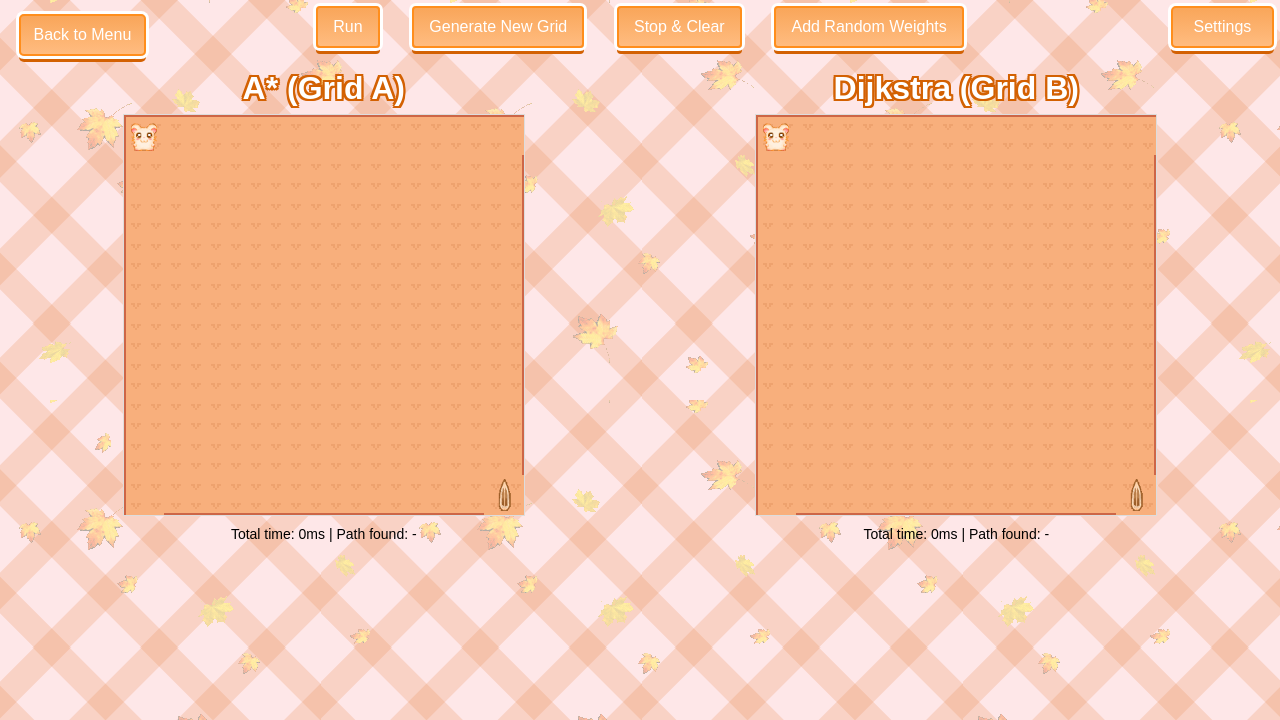
Repository: ramosfranz/Hamster-Crossing
Page: src/game.html
These files come from the project's save history. The page is drawn as it stood at one moment and after the next save; the edit follows.
The browser window is 1280 px wide. The pictures show the whole page.
Some web fonts or font styles are not loaded; a fallback is used.

Above is the page before, as saved 2025-05-14 20:43:16.

### src/game.html
<!DOCTYPE html>
<html lang="en">
<head>
    <meta charset="UTF-8">
    <meta name="viewport" content="width=device-width, initial-scale=1.0">
    <link rel="preconnect" href="https://fonts.googleapis.com">
    <link rel="preconnect" href="https://fonts.gstatic.com" crossorigin>
    <link href="https://fonts.googleapis.com/css2?family=Jersey+10+Charted&family=Jersey+20&family=Jersey+25+Charted&display=swap" rel="stylesheet">
    <title>Hamster Crossing</title>
    <link rel="icon" type="image/x-icon" href="assets/images/favicon.ico">
    <link rel="stylesheet" href="styles/gameStyle.css">
</head>
<body>
    <div class="header-buttons">
        <a class="pixelButton" id="backButton" href="hamsterMenu.html">Back to Menu</a>
        <button class="pixelButton" id="settingsButton">Settings</button>
    </div>

    <!-- Settings Popup -->
    <div id="settingsPopup" class="popup">
        <div class="popup-content">
            <span class="close-popup">&times;</span>
            <h3>Settings</h3>

            <div class="setting-item">
                <label>Number of Grids: <span class="grid-count-value">2</span></label>
                <div class="grid-count-container">
                    <input type="range" id="gridCount" min="1" max="5" value="2" class="theme-slider">
                </div>
            </div>

            <div id="gridSettings">
                <!-- Grid settings will be added here dynamically -->
            </div>

            <button class="pixelButton" id="applySettings">Apply Settings</button>
        </div>
    </div>
    <div id="controls">
        <button class="pixelButton" id="runButton">Run</button>
        <button class="pixelButton" id="generateButton">Generate New Grid</button>
        <button class="pixelButton" id="clearButton">Stop & Clear</button>
        <button class="pixelButton" id="addWeightsButton">Add Random Weights</button>
    </div>

    <button id="stopButton">Stop and Clear Searching</button>

    <div id="grids-container">
        <!-- Grids will be added here dynamically -->
    </div>

    <script type="module" src="js/app.js"></script>
</body>
</html>

### src/styles/gameStyle.css
:root {
    --outline: #ff8e1c;
    --shadow: #d36102;
    --gradient: linear-gradient(to bottom, #f9a65a, #ffbc80);
    --hover-gradient: linear-gradient(to bottom, #ffa9b8, #ff605f);
    --hover-outline:#ff1a14;
    --button-bg: var(--gradient);
    --button-hover-bg: var(--hover-gradient);
    --box-shadow: 0 0 0 3px white, 0 6px var(--shadow);
    --btn-radius: 4px;
    --font-family: "Jersey 20", sans-serif;
    --text-color: white;
}

html, body {
    font-family: "Jersey 20", sans-serif;
    margin: 0;
    padding: 0;
    height: 100%;
    scroll-behavior: smooth;
    background-image:  url(../assets/images/backgrounds/bg_hamu.png);
    background-size: auto, auto, 20%;
    background-repeat: auto, auto, space;
    image-rendering: pixelated;
}


.pixelButton {
    /* Remove fixed width and adjust padding */
    display: inline-block;  /* Changed from default button display */
    font-size: 1rem;
    color: var(--text-color);
    border-radius: var(--btn-radius);
    border: 2px solid var(--outline);
    background: var(--button-bg);
    box-shadow: var(--box-shadow);
    cursor: pointer;
    text-align: center;
    font-family: var(--font-family);
    white-space: nowrap;   /* Prevents text from wrapping */
    transition: transform 0.1s ease, box-shadow 0.1s ease;
    image-rendering: pixelated;
    margin: 0.5%;
    /* Remove width: 100% */
}

.pixelButton:hover {
    background: linear-gradient(to bottom, #ffa9b8, #ff605f);
    border-color: #ff1a14;
}

.pixelButton:active {
    transform: translateY(4px);
    box-shadow: 0 0 #000;
}

h3 {
   margin: 0 auto;
    padding-bottom: 1.9%;
    font-size: 2rem;
    text-align: center;
    text-shadow:
        -2px -2px 0 var(--shadow),
        2px -2px 0 var(--shadow),
        -2px 2px 0 var(--shadow),
        2px 2px 0 var(--shadow),
        0px -2px 0 var(--shadow),
        0px 2px 0 var(--shadow),
        -2px 0px 0 var(--shadow),
        2px 0px 0 var(--shadow);
    color: white;
}

#controls {
    display: flex;
    justify-content: center;
    gap: 20px;
    flex-wrap: wrap;
}
#grids-container {
    display: flex;
    flex-wrap: wrap;
    justify-content: center;
    gap: 20px;
}
.canvas-container {
    display: flex;
    flex-direction: column;
    align-items: center;
    position: relative;
}
.timer {
    margin-top: 10px;
    font-size: 14px;
    text-align: center;
}
#warning {
    color: red;
    font-weight: bold;
    margin: 10px 0;
    text-align: center;
}
#stopButton {
    display: none;
    padding: 10px;
    background-color: red;
    color: white;
    border: none;
    cursor: pointer;
    border-radius: 5px;
    margin: 0 auto;
}
#backButton {
    width: 8%;
    position: fixed;
    left: 1%;
    top: 1%;
    padding: 10px;
    cursor: pointer;
    text-decoration: none;
    font-size: 16px;
    border-radius: 5px;
}

#settingsButton {
    position: fixed;
    width: 8%;
    right: -0%;
    padding: 10px;
    border-radius: 5px;
    cursor: pointer;
    font-size: 16px;
}

button {
    padding: 10px 15px;
    background-color: #4CAF50;
    color: white;
    border: none;
    border-radius: 4px;
    cursor: pointer;
    font-size: 16px;
}
button:hover {
    background-color: #45a049;
}
button:disabled {
    background-color: #cccccc;
    cursor: not-allowed;
}
.weight {
    position: absolute;
    font-size: 10px;
    font-weight: bold;
    color: black;
    pointer-events: none;
}

.header-buttons {
    display: flex;
    justify-content: space-between;
}


.popup {
    display: none;
    position: fixed;
    top: 0;
    left: 0;
    width: 100%;
    height: 100%;
    background-color: rgba(0,0,0,0.5);
    z-index: 1000;
}

.popup-content {
    background-color:#fff9e6;
    border: 4px solid var(--outline);
    border-radius: 10px;
    margin: 10% auto;
    padding: 20px;
    width: 50%;
    max-width: 500px;
    border-radius: 8px;
    position: relative;
}

.close-popup {
    position: absolute;
    top: 10px;
    right: 20px;
    font-size: 24px;
    cursor: pointer;
}

.setting-item {
    margin: 15px 0;
}

#volumeSlider {
    width: 95%;
}

.theme-slider {
  -webkit-appearance: none;
  width: 100%;
  height: 8px;
  background: rgba(255, 255, 255, 0.2);
  border-radius: 4px;
  outline: none;
  margin: 10px 0;
}

.theme-slider::-webkit-slider-thumb {
  -webkit-appearance: none;
  width: 20px;
  height: 20px;
  background: var(--outline);
  border-radius: 50%;
  cursor: pointer;
  border: 2px solid white;
  transition: all 0.2s ease;
}

.theme-slider::-webkit-slider-thumb:hover {
  transform: scale(1.1);
  box-shadow: 0 0 5px var(--hover-outline);
}

.theme-slider::-webkit-slider-runnable-track {
  background: var(--gradient);
  border-radius: 4px;
}

/* Firefox support */
.theme-slider::-moz-range-thumb {
  background: var(--outline);
  border-radius: 50%;
  cursor: pointer;
  border: 2px solid white;
}

.theme-slider::-moz-range-track {
  height: 8px;
  background: rgba(255, 255, 255, 0.2);
  border-radius: 4px;
}

.theme-slider::-moz-range-progress {
  height: 8px;
  background: var(--gradient);
  border-radius: 4px;
}

.setting-item label {
    display: block;
    margin-bottom: 5px;
    font-weight: bold;
}

.setting-item input[type="range"],
.setting-item select,
.setting-item input[type="number"] {
    width: 100%;
    padding: 8px;
    border: 1px solid #ddd;
    border-radius: 4px;
}

#applySettings {
    margin-top: 20px;
    padding: 10px 15px;
    background-color: #4CAF50;
    color: white;
    border: none;
    border-radius: 4px;
    cursor: pointer;
    width: 100%;
}

#applySettings:hover {
    background-color: #45a049;
}

.grid-algorithm-select {
    margin-top: 10px;
}


.popup-content {
    width: 90%;
    max-width: 400px;
    margin: 5% auto;
    padding: 15px;
}

label {
    color: var(--outline);
    size: 2rem;
}

#gridCount {
    width: 100%;
    margin-top: 5px;
}

.grid-count-container {
    display: flex;
    align-items: center;
    gap: 10px;
}

.grid-count-value {
    font-weight: bold;
}

#grids-container {
    display: grid;
    grid-template-columns: repeat(auto-fit, minmax(200px, 1fr));
    gap: 15px;
    padding: 15px;
    width: 100%;
    box-sizing: border-box;
    justify-content: center;
}

/* Grid selection layout */
.grid-selection-row {
    display: flex;
    gap: 15px;
    margin-bottom: 15px;
}

.grid-selection-item {
    flex: 1;
    min-width: 120px;
}

.grid-selection-item.disabled {
    opacity: 0.6;
    pointer-events: none;
}

.grid-selection-item label {
    display: block;
    margin-bottom: 5px;
}

.grid-selection-item select {
    width: 100%;
    padding: 6px;
    border: 1px solid #ddd;
    border-radius: 4px;
    background: white;
}

.grid-selection-item.disabled select {
    background: #f5f5f5;
}

.canvas-container {
    position: relative;
    width: 100%;
    max-width: 400px;
    margin: 0 auto;
}


.canvas-container canvas {
    width: 100%;
    height: auto;
    aspect-ratio: 1;
    border: 1px solid #ddd;
}

@media (max-width: 600px) {
    #grids-container {
        grid-template-columns: 1fr;
    }

    .popup-content {
        width: 90%;
        margin: 20px auto;
    }
}

@media (min-width: 601px) and (max-width: 1200px) {
    #grids-container {
        grid-template-columns: repeat(auto-fit, minmax(250px, 1fr));
    }
}

### src/js/app.js
import { initializeGrid } from './manager/gridManager.js';
import { setupEventListeners, renderGrids } from './manager/domManager.js';
import { setupSettingsEventListeners } from './popup/settingsPopUp.js';
import { drawGrid, initializeVisualizer } from './animation/visualizer.js';
import { loadSeedImages, startSeedAnimation } from './animation/seedAnimation.js';

export function init() {
    loadSeedImages(() => {
        startSeedAnimation();
    });
    setupSettingsEventListeners();
    setupEventListeners();
    initializeGrid();
    initializeVisualizer();
    renderGrids();
    drawGrid();


    window.addEventListener('resize', () => {
        drawGrid();
    });
}

document.addEventListener('DOMContentLoaded', init);

### src/js/manager/gridManager.js
import { drawGrid } from '../animation/visualizer.js';

export const rows = 10;
export const cols = 10;
export const start = { x: 0, y: 0 };
let grid = [];
let goal = { x: cols - 1, y: rows - 1 };

export function getGrid() { return grid; }
export function getGoal() { return goal; }
export function getStart() { return start; }

export function setGoal(newGoal) {
    // Clear old goal cell
    const oldGoal = goal;
    grid[oldGoal.y][oldGoal.x] = {
        ...grid[oldGoal.y][oldGoal.x],
        wall: false,
        weight: 1
    };

    // Set new goal
    goal = newGoal;

    // Update new goal cell
    grid[newGoal.y][newGoal.x] = {
        ...grid[newGoal.y][newGoal.x],
        wall: false,
        weight: 1
    };
}


export function initializeGrid() {
    grid = [];
    for (let y = 0; y < rows; y++) {
        const row = [];
        for (let x = 0; x < cols; x++) {
            row.push({ wall: false, weight: 1, x, y });
        }
        grid.push(row);
    }
    resetSpecialCells();
    drawGrid();
}

function resetSpecialCells() {
    grid[start.y][start.x] = { ...grid[start.y][start.x], wall: false, weight: 1 };
    grid[goal.y][goal.x] = { ...grid[goal.y][goal.x], wall: false, weight: 1 };
}

export function generateRandomGrid() {
    grid = [];
    for (let y = 0; y < rows; y++) {
        const row = [];
        for (let x = 0; x < cols; x++) {
            row.push({ wall: Math.random() < 0.2, weight: 1, x, y });
        }
        grid.push(row);
    }
    placeRandomGoal();
    resetSpecialCells();
    drawGrid();
}

function placeRandomGoal() {
    let goalPlaced = false;
    while (!goalPlaced) {
        const randomX = Math.floor(Math.random() * cols);
        const randomY = Math.floor(Math.random() * rows);
        if ((randomX !== start.x || randomY !== start.y) && !grid[randomY][randomX].wall) {
            goal = { x: randomX, y: randomY };
            goalPlaced = true;
        }
    }
}

export function addRandomWeights() {
    for (let y = 0; y < rows; y++) {
        for (let x = 0; x < cols; x++) {
            if ((x === start.x && y === start.y) || (x === goal.x && y === goal.y) || grid[y][x].wall) continue;
            grid[y][x].weight = Math.floor(Math.random() * 5) + 1;
        }
    }
    drawGrid();
}

### src/js/manager/stateManager.js
export const settings = {
    volume: 50,
    hamster: 'hamster1',
    gridCount: 2,
    gridAlgorithms: ['aStar', 'dijkstra']
};

export let searchInProgress = false;
export const timers = {};

export function setSearchInProgress(value) {
    searchInProgress = value;
}

export function resetTimers() {
    for (const key in timers) {
        timers[key].textContent = "Total time: 0ms | Path found: -";
    }
}

### src/js/algorithms/dijkstra.js
import { heuristic, getNeighbors, sleep } from './utils.js';
import { getGrid, rows, cols, start, getGoal } from '../manager/gridManager.js';
import { drawPathWithHead } from '../animation/visualizer.js';

export async function animateDijkstra(ctx, timerElement) {
    const grid = getGrid();
    const goal = getGoal();
    const canvas = ctx.canvas;
    const cellSize = canvas.width / cols;
    const neighbors = getNeighbors(grid, cols, rows);
    const waitSecondsSearch = 100;

    const openSet = [start];
    const cameFrom = {};
    const dist = Array(rows).fill().map(() => Array(cols).fill(Infinity));
    dist[start.y][start.x] = 0;

    const startTime = performance.now();
    let pathFoundTime = null;

    while (openSet.length > 0) {
        openSet.sort((a, b) => dist[a.y][a.x] - dist[b.y][b.x]);
        const current = openSet.shift();

        if (current.x === goal.x && current.y === goal.y) {
            pathFoundTime = performance.now() - startTime;
            timerElement.textContent = `Total time: ${Math.round(performance.now() - startTime)}ms | Path found: Yes`;
            await drawPathWithHead(ctx, cameFrom, current, "orange", "red");
            return;
        }

        ctx.fillStyle = "rgba(240, 128, 128, 0.5)";
        ctx.fillRect(current.x * cellSize, current.y * cellSize, cellSize, cellSize);
        await sleep(waitSecondsSearch);

        for (const neighbor of neighbors(current)) {
            const newDist = dist[current.y][current.x] + grid[neighbor.y][neighbor.x].weight;
            if (newDist < dist[neighbor.y][neighbor.x]) {
                cameFrom[`${neighbor.x},${neighbor.y}`] = current;
                dist[neighbor.y][neighbor.x] = newDist;

                if (!openSet.some(n => n.x === neighbor.x && n.y === neighbor.y)) {
                    openSet.push(neighbor);
                }
            }
        }

        timerElement.textContent = `Total time: ${Math.round(performance.now() - startTime)}ms | Path found: ${
            pathFoundTime ? Math.round(pathFoundTime) + "ms" : "searching..."
        }`;
    }

    timerElement.textContent = `Total time: ${Math.round(performance.now() - startTime)}ms | Path found: No path`;
}

### src/js/algorithms/bfs.js
import { heuristic, getNeighbors, sleep } from './utils.js';
import { getGrid, rows, cols, start, getGoal } from '../manager/gridManager.js';
import { drawPathWithHead } from '../animation/visualizer.js';

export async function animateBFS(ctx, timerElement) {
    const grid = getGrid();
    const goal = getGoal();
    const canvas = ctx.canvas;
    const cellSize = canvas.width / cols;
    const neighbors = getNeighbors(grid, cols, rows);
    const waitSecondsSearch = 100;

    const queue = [start];
    const cameFrom = {};
    const visited = Array(rows).fill().map(() => Array(cols).fill(false));
    visited[start.y][start.x] = true;

    const startTime = performance.now();
    let pathFoundTime = null;

    while (queue.length > 0) {
        const current = queue.shift();

        if (current.x === goal.x && current.y === goal.y) {
            pathFoundTime = performance.now() - startTime;
            timerElement.textContent = `Total time: ${Math.round(performance.now() - startTime)}ms | Path found: Yes`;
            await drawPathWithHead(ctx, cameFrom, current, "lightblue", "blue");
            return;
        }

        ctx.fillStyle = "rgba(173, 216, 230, 0.5)";
        ctx.fillRect(current.x * cellSize, current.y * cellSize, cellSize, cellSize);
        await sleep(waitSecondsSearch);

        for (const neighbor of neighbors(current)) {
            if (!visited[neighbor.y][neighbor.x]) {
                visited[neighbor.y][neighbor.x] = true;
                cameFrom[`${neighbor.x},${neighbor.y}`] = current;
                queue.push(neighbor);
            }
        }

        timerElement.textContent = `Total time: ${Math.round(performance.now() - startTime)}ms | Path found: ${
            pathFoundTime ? Math.round(pathFoundTime) + "ms" : "searching..."
        }`;
    }

    timerElement.textContent = `Total time: ${Math.round(performance.now() - startTime)}ms | Path found: No path`;
}

### src/js/algorithms/dfs.js
import { heuristic, getNeighbors, sleep } from './utils.js';
import { getGrid, rows, cols, start, getGoal } from '../manager/gridManager.js';
import { drawPathWithHead } from '../animation/visualizer.js';

export async function animateDFS(ctx, timerElement) {
    const grid = getGrid();
    const goal = getGoal();
    const canvas = ctx.canvas;
    const cellSize = canvas.width / cols;
    const neighbors = getNeighbors(grid, cols, rows);
    const waitSecondsSearch = 100;

    const stack = [start];
    const cameFrom = {};
    const visited = Array(rows).fill().map(() => Array(cols).fill(false));
    visited[start.y][start.x] = true;

    const startTime = performance.now();
    let pathFoundTime = null;

    while (stack.length > 0) {
        const current = stack.pop();

        if (current.x === goal.x && current.y === goal.y) {
            pathFoundTime = performance.now() - startTime;
            timerElement.textContent = `Total time: ${Math.round(performance.now() - startTime)}ms | Path found: Yes`;
            await drawPathWithHead(ctx, cameFrom, current, "red", "purple");
            return;
        }

        ctx.fillStyle = "rgba(255, 0, 0, 0.5)";
        ctx.fillRect(current.x * cellSize, current.y * cellSize, cellSize, cellSize);
        await sleep(waitSecondsSearch);

        for (const neighbor of neighbors(current)) {
            if (!visited[neighbor.y][neighbor.x]) {
                visited[neighbor.y][neighbor.x] = true;
                cameFrom[`${neighbor.x},${neighbor.y}`] = current;
                stack.push(neighbor);
            }
        }

        timerElement.textContent = `Total time: ${Math.round(performance.now() - startTime)}ms | Path found: ${
            pathFoundTime ? Math.round(pathFoundTime) + "ms" : "searching..."
        }`;
    }

    timerElement.textContent = `Total time: ${Math.round(performance.now() - startTime)}ms | Path found: No path`;
}

### src/js/algorithms/utils.js
export const sleep = (ms) => new Promise(resolve => setTimeout(resolve, ms));

export const heuristic = (a, b) => Math.abs(a.x - b.x) + Math.abs(a.y - b.y);

export const getNeighbors = (grid, cols, rows) => ({ x, y }) => {
    const neighbors = [];
    if (x > 0 && !grid[y][x - 1].wall) neighbors.push(grid[y][x - 1]);
    if (x < cols - 1 && !grid[y][x + 1].wall) neighbors.push(grid[y][x + 1]);
    if (y > 0 && !grid[y - 1][x].wall) neighbors.push(grid[y - 1][x]);
    if (y < rows - 1 && !grid[y + 1][x].wall) neighbors.push(grid[y + 1][x]);
    return neighbors;
};

Loaded but not shown: src/js/animation/visualizer.js (319 lines, source omitted); src/js/manager/domManager.js (258 lines, source omitted); src/js/manager/themeManager.js (175 lines, source omitted); src/js/popup/settingsPopUp.js (164 lines, source omitted); src/js/animation/seedAnimation.js (152 lines, source omitted); src/js/algorithms/bellmanFord.js (72 lines, source omitted); src/js/algorithms/aStar.js (57 lines, source omitted)

After the next save:
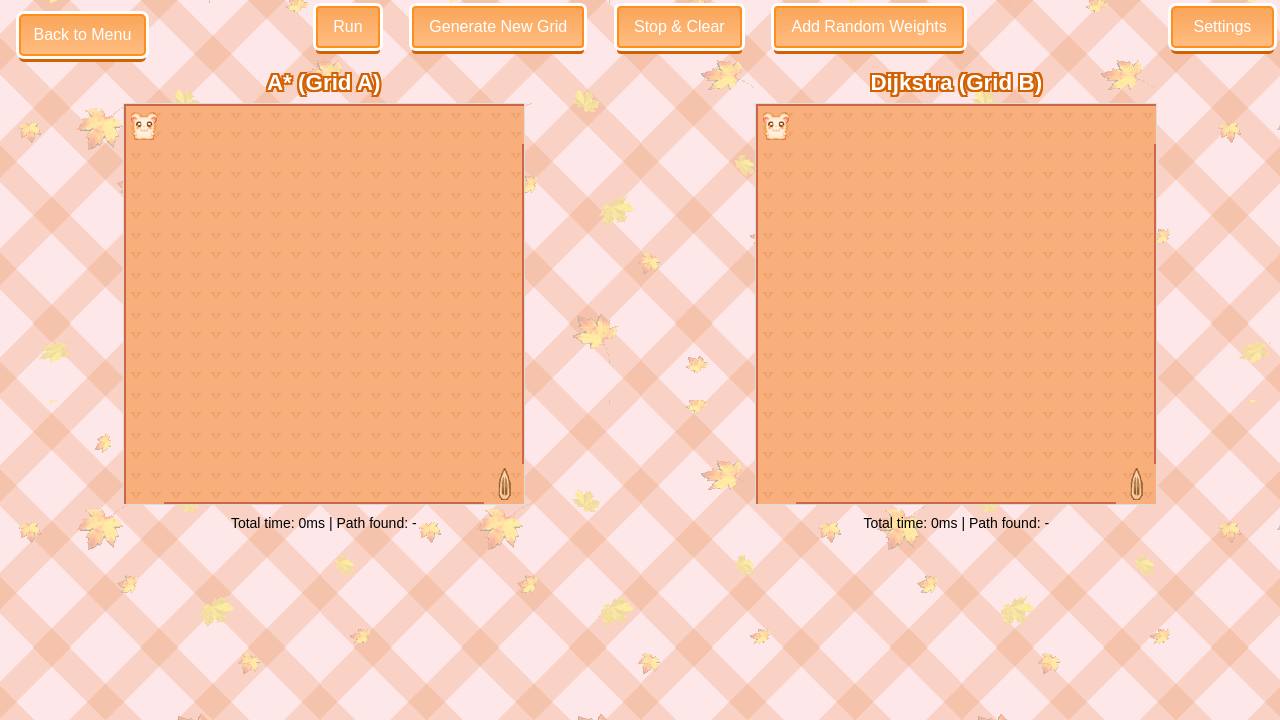
Saved 53 s later.
--- a/src/styles/gameStyle.css
+++ b/src/styles/gameStyle.css
@@ -57,7 +57,7 @@
 h3 {
    margin: 0 auto;
     padding-bottom: 1.9%;
-    font-size: 2rem;
+    font-size: 1.4rem;
     text-align: center;
     text-shadow:
         -2px -2px 0 var(--shadow),

After the save that followed:
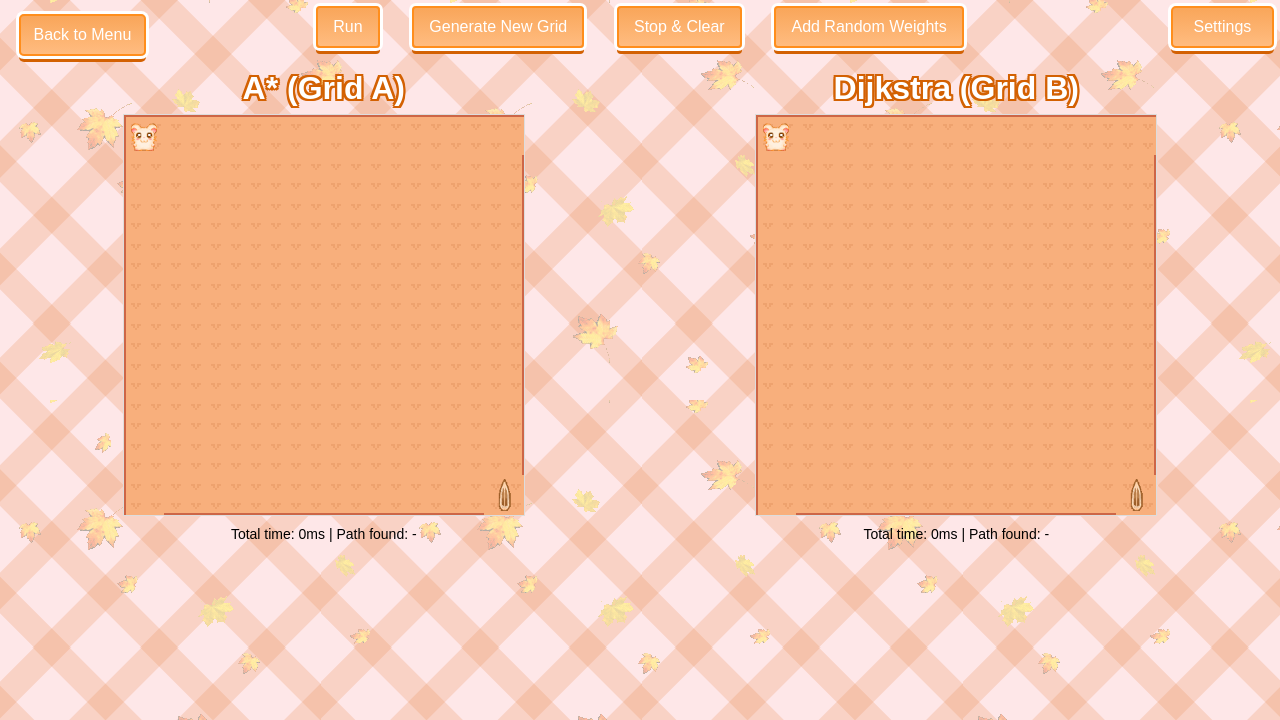
Saved 59 s later.
--- a/src/styles/gameStyle.css
+++ b/src/styles/gameStyle.css
@@ -57,7 +57,7 @@
 h3 {
    margin: 0 auto;
     padding-bottom: 1.9%;
-    font-size: 1.4rem;
+    font-size: 2rem;
     text-align: center;
     text-shadow:
         -2px -2px 0 var(--shadow),
